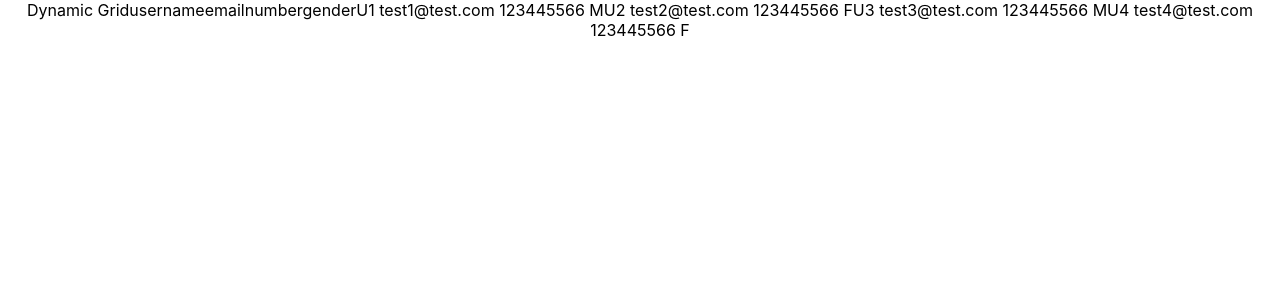
Repository: mayank-tavisca/dynamic-grids
Page: /
These files come from the project's save history. The page is drawn as it stood at one moment and after the next save; the edit follows.
The browser window is 1280 px wide. The pictures show the whole page.
The project was rebuilt for these pictures with package versions that can differ from the ones it lists, and the page was loaded fresh each time.

Above is the page before, as saved 2020-02-03 18:20:02.

After the next save:
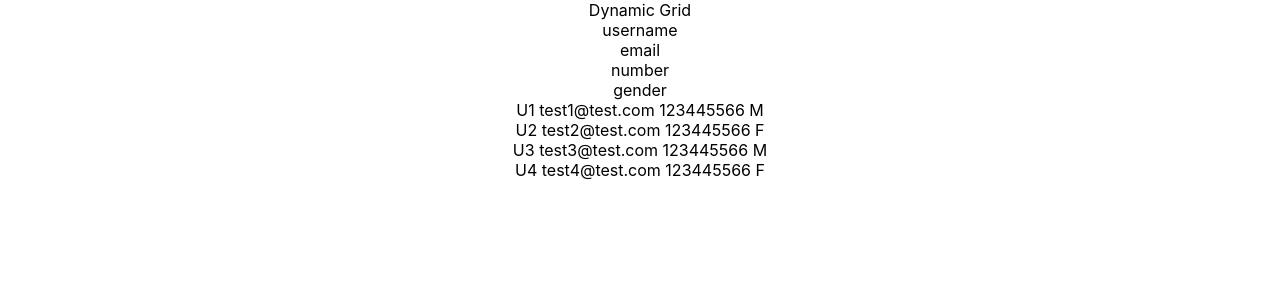
Saved 12 s later.
--- a/src/dynamic-grid/dynamicGrid.tsx
+++ b/src/dynamic-grid/dynamicGrid.tsx
@@ -43,16 +43,16 @@ const DynamicGrid: React.FC<IProps> = ({ data }) => {
 
   const renderHeader = () => {
     return tableConfig.headerData.map((item: any) => {
-      return <span>{item}</span>;
+      return <div>{item}</div>;
     });
   };
 
   const renderData = () => {
     return tableConfig.data.map((item: any) => {
       return (
-        <span>
+        <div>
           {item.username} {item.email} {item.number} {item.gender}
-        </span>
+        </div>
       );
     });
   };
